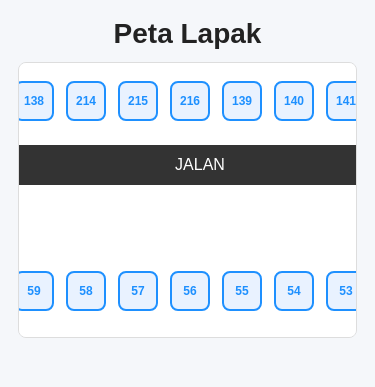
Repository: pasarrakyatbak/denah
Page: index.html
These files come from the project's save history. The page is drawn as it stood at one moment and after the next save; the edit follows.
The browser window is 375 px wide. The pictures show the whole page.

Above is the page before, as saved 2025-09-19 08:19:57.

After the next save:
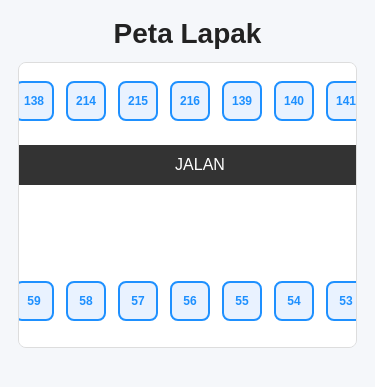
Saved 74 s later.
--- a/style.css
+++ b/style.css
@@ -123,18 +123,17 @@ h1 {
         font-size: 13px;
     }
 
-    /* Gapura */
     .gapura {
-        display: flex;
-        align-items: center;
-        justify-content: center;
+        grid-column: 1 / -1;
+        /* Membentang dari kiri ke kanan */
+        text-align: center;
         font-weight: bold;
         background: #ffcc00;
         color: #333;
-        padding: 8px;
-        border-radius: 8px;
-        margin: 5px 0;
-        min-width: 120px;
+        padding: 10px;
+        margin: 8px 0;
+        border-radius: 6px;
     }
 
+
 }
